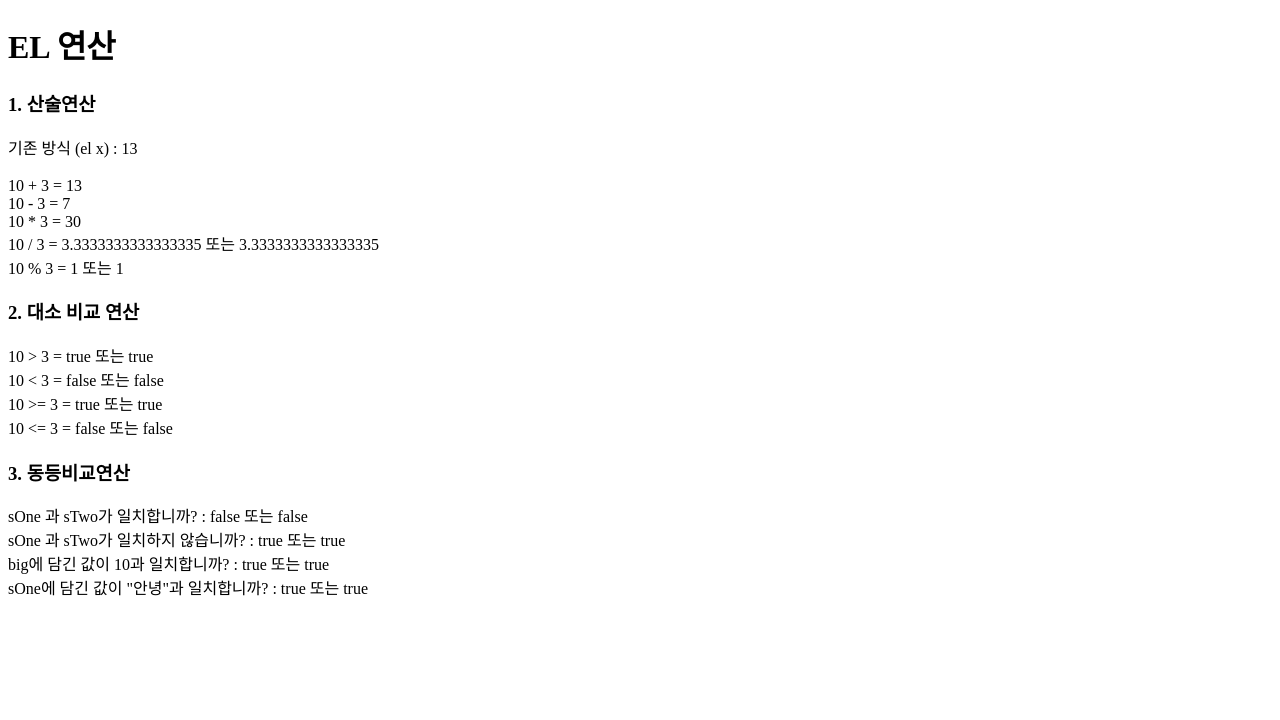
Repository: gimanKr/academyWork
Page: http://localhost/elActionProject/operation.do
The author's editor kept a copy of each file at every save. The page is drawn from the files as they stood at one save, then again after the next save.
The browser window is 1280 px wide. The pictures show the whole page.
The page is served by Tomcat 9.

Above is the page before, as saved 2023-10-26 02:52:34.

After the next save:
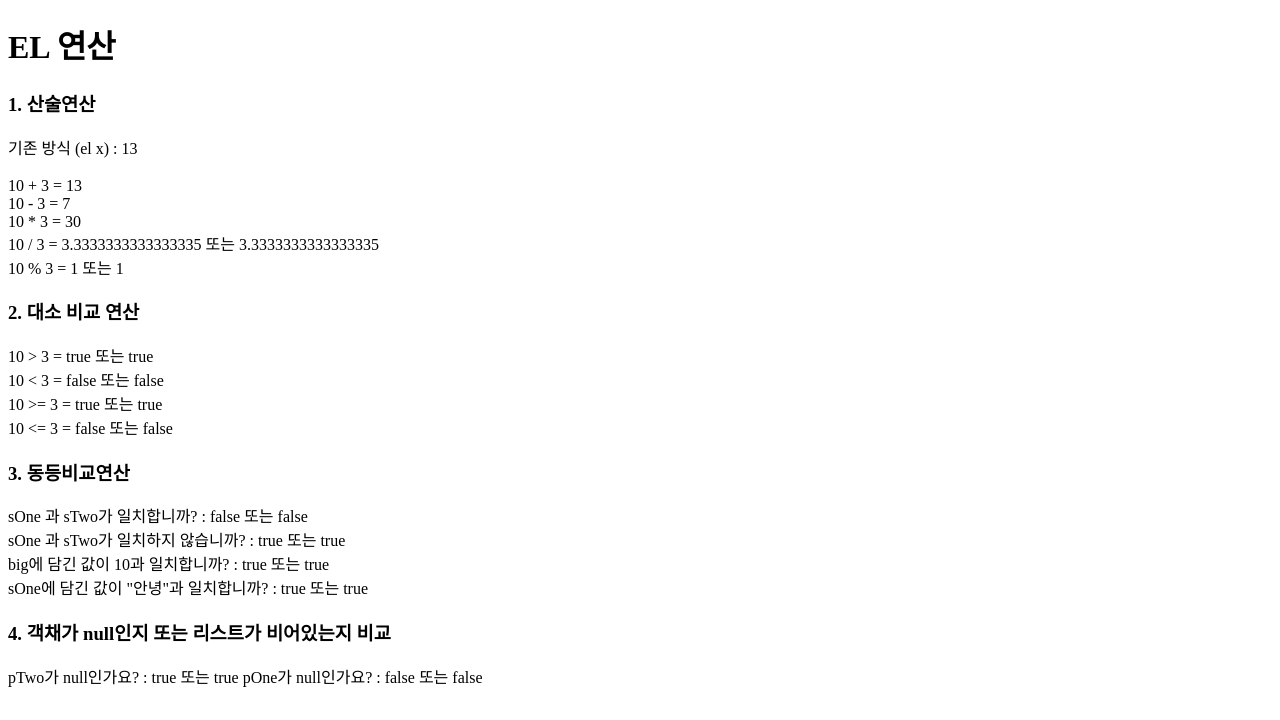
Saved 10 min 25 s later.
--- a/elActionProject/src/main/webapp/views/1_EL/02_elOperation.jsp
+++ b/elActionProject/src/main/webapp/views/1_EL/02_elOperation.jsp
@@ -31,5 +31,10 @@
 	sOne에 담긴 값이 "안녕"과 일치합니까? : ${sOne == '안녕'} 또는 ${sOne eq "안녕"} <br>
 	<!-- el안에서 문자열 리터럴 제시시 홀따움표든 쌍따움표든 가리지 않음 -->
 
+	<h3>4. 객채가 null인지 또는 리스트가 비어있는지 비교</h3>
+	pTwo가 null인가요? : ${pTwo == null} 또는 ${empty pTwo}
+	pOne가 null인가요? : ${pOne == null} 또는 ${empty pOne}
+
+
 </body>
 </html>
